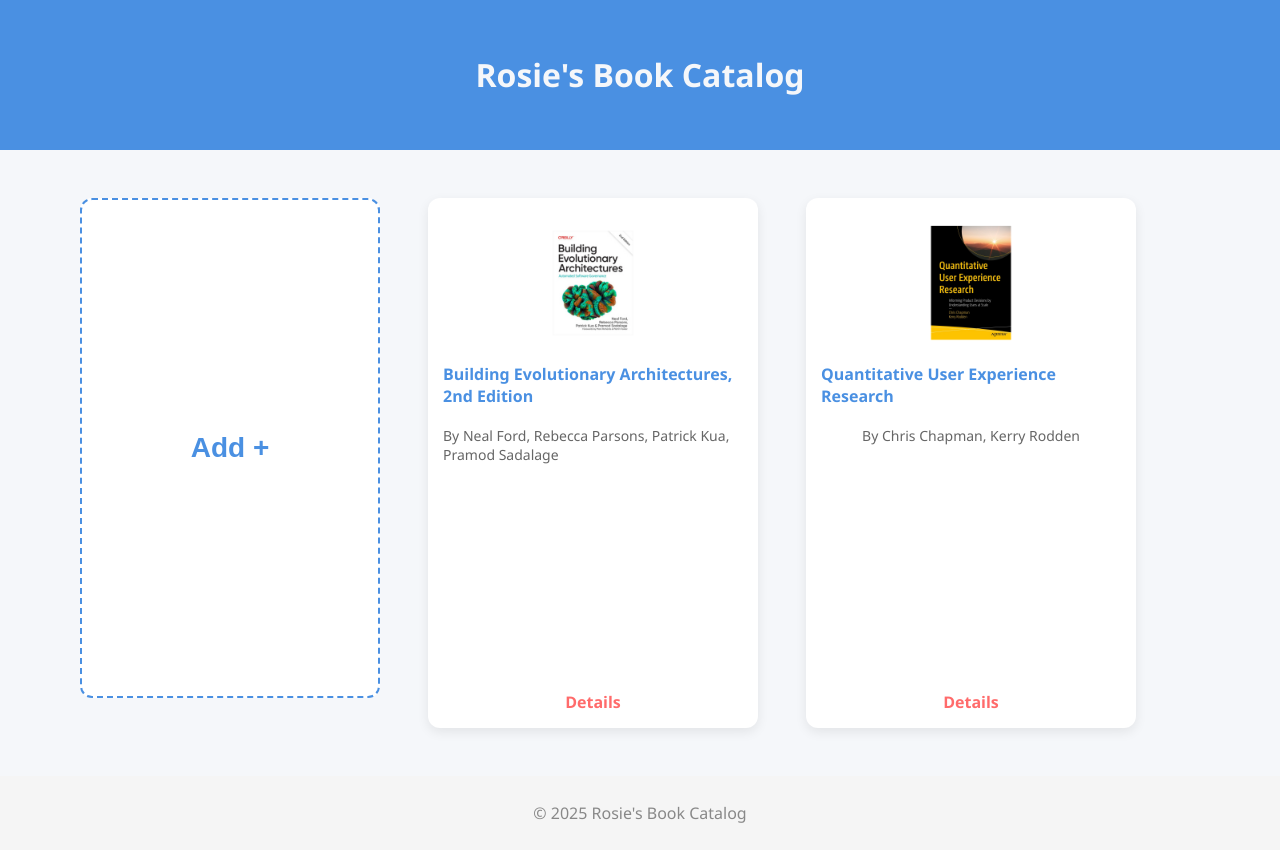
Repository: rosielee09/book-catalog
Page: /
The author's editor kept a copy of each file at every save. The page is drawn from the files as they stood at one save, then again after the next save.
The browser window is 1280 px wide. The pictures show the whole page.
The project was rebuilt for these pictures with package versions that can differ from the ones it lists, and the page was loaded fresh each time. Also part of the build but not shown: vite.config.js.

Above is the page before, as saved 2025-09-12 20:37:55.

After the next save:
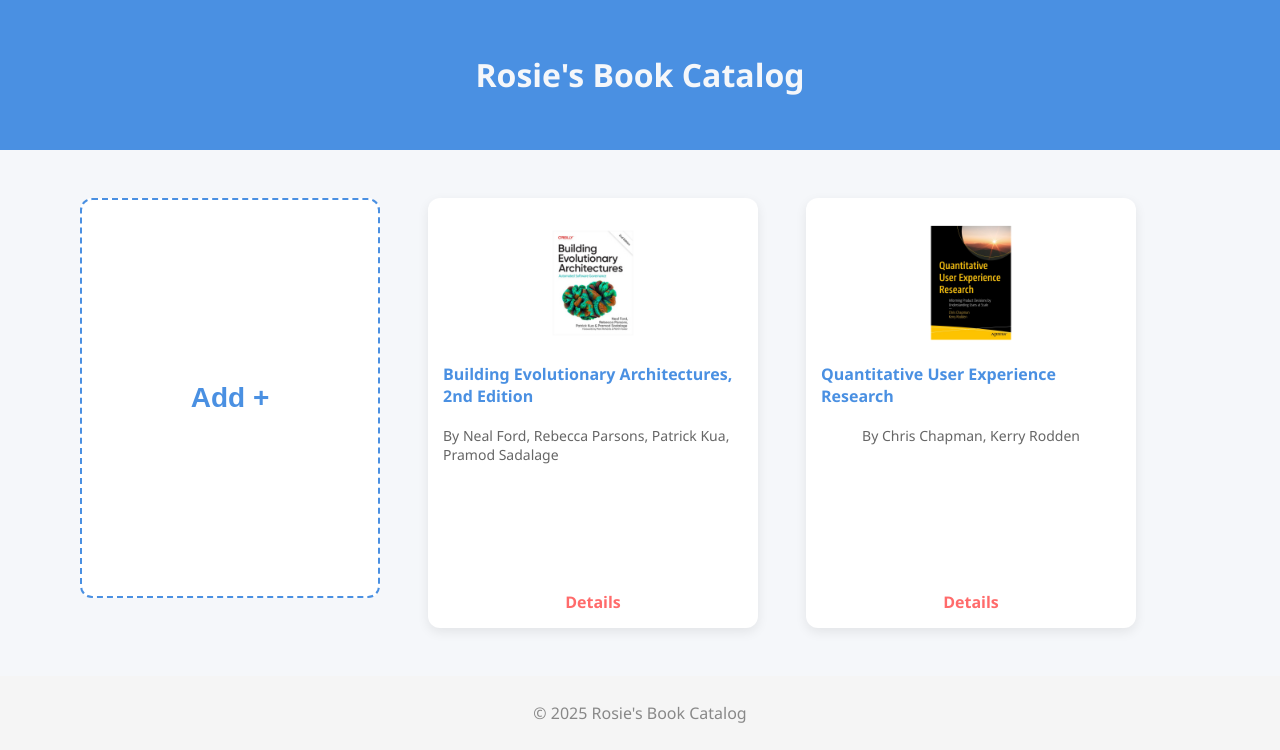
Saved 12 s later.
--- a/src/index.css
+++ b/src/index.css
@@ -7,7 +7,7 @@
 
 :root {
 	--card-width: 300px;
-	--card-height: 500px;
+	--card-height: 400px;
 	--primary-color: #4a90e2;
 	--secondary-color: #f5f7fa;
 	--accent-color: #ff6b6b;
